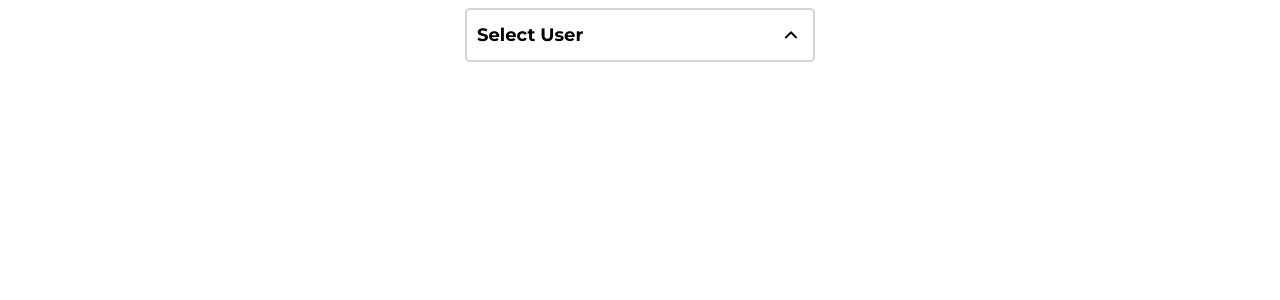
Repository: jodelajo/nuxt-filter-tutorial
Page: /
These files come from the project's save history. The page is drawn as it stood at one moment and after the next save; the edit follows.
The browser window is 1280 px wide. The pictures show the whole page.
The page's requests for data from a server got no answer. The project was rebuilt for these pictures with package versions that can differ from the ones it lists, and the page was loaded fresh each time. The framework's server and built-in components were replaced by stand-ins that run in the browser. No one was signed in, and anything a server would have sent is missing. Also part of the build but not shown: nuxt.config.js, components/NuxtLogo.vue, components/Tutorial.vue.

Above is the page before, as saved 2021-12-11 14:34:06.

### pages/index.vue
<template>
  <div class="container">
    <div class="dropdown-wrapper">
      <div @click="isVisible = !isVisible" class="selected-item">
        <span v-if="selectedItem">{{ selectedItem.name }}</span>
        <span v-else>Select User</span>
        <svg
          :class="isVisible ? 'dropdown' : ''"
          class="dropdown-icon"
          xmlns="http://www.w3.org/2000/svg"
          viewBox="0 0 24 24"
          width="24"
          height="24"
        >
          <path fill="none" d="M0 0h24v24H0z" />
          <path
            d="M12 10.828l-4.95 4.95-1.414-1.414L12 8l6.364 6.364-1.414 1.414z"
          />
        </svg>
      </div>
      <div v-show="isVisible" class="dropdown-popover">
        <input
          v-model="searchQuery"
          type="text"
          placeholder="Search for User"
        />
        <span v-if="filteredUser.length === 0">No data available</span>
        <div class="options">
          <ul class="list">
            <li
              @click="selectItem(user)"
              v-for="(user, index) in filteredUser"
              :key="`user-${index}`"
            >
              {{ user.name }}
            </li>
          </ul>
        </div>
      </div>
    </div>
  </div>
</template>

<script>
export default {
  data() {
    return {
      searchQuery: "",
      selectedItem: null,
      isVisible: false,
      userArray: [],
    };
  },
  computed: {
    filteredUser() {
      const query = this.searchQuery.toLowerCase();
      if (this.searchQuery === "") {
        return this.userArray;
      }
      return this.userArray.filter((user) => {
        return Object.values(user).some((word) =>
          String(word).toLowerCase().includes(query)
        );
      });
    },
  },
  methods: {
    selectItem(user) {
      this.selectedItem = user;
      this.isVisible = false;
    },
  },
  mounted() {
    fetch("https://jsonplaceholder.typicode.com/users")
      .then((res) => res.json())
      .then((json) => {
        console.log(json);
        this.userArray = json;
      });
  },
};
</script>

<style scoped>
@import url("https://fonts.googleapis.com/css2?family=Montserrat:wght@100;200;300;500;700;900&family=Readex+Pro:wght@300;500;700&display=swap");

body {
  width: 100vw;
  height: 100vh;
}
.container {
  display: flex;
  flex-direction: column;
  /* justify-content: center; */
  align-items: center;
  justify-content: center;
  font-family: "Montserrat", sans-serif;
  font-weight: 300;
  font-size: 16px;
}
.dropdown-wrapper {
  width: 350px;
  height: auto;
  /* max-width: 350px; */
  position: relative;
  display: flex;
  text-align: center;
  justify-content: center;
  margin: 0 auto;
}
.selected-item {
  height: 40px;
  width: 100%;
  border: 2px solid lightgray;
  border-radius: 5px;
  padding: 5px 10px;
  display: flex;
  justify-content: space-between;
  align-items: center;
  font-size: 18px;
  font-weight: 700;
}

.dropdown-icon {
  transform: rotate(0deg);
transition: all .5s ease;
}
.selected-item .dropdown-icon.dropdown {
transform: rotate(180deg);
transition: all .5s ease;
}

.dropdown-popover {
  position: absolute;
  border: 2px solid lightgray;
  top: 46px;
  left: 0;
  right: 0;
  background-color: white;
  max-width: 100%;
  padding: 10px;
}
input {
  width: 90%;
  height: 30px;
  border: 2px solid lightgray;
  font-size: 16px;
  padding-left: 8px;
}
.options {
  width: 100%;
  overflow-y: scroll;
  max-height: 200px;
}
.list {
  list-style: none;
  text-align: left;
  padding-left: 8px;
  max-height: 180px;
}
.options li {
  width: 100%;
  border-bottom: 1px solid lightgray;
  padding: 10px;
  background-color: #f1f1f1;
  cursor: pointer;
  font-size: 16px;
}
.options li:hover {
  background-color: #70878a;
  color: white;
  font-weight: bold;
}
</style>

After the next save:
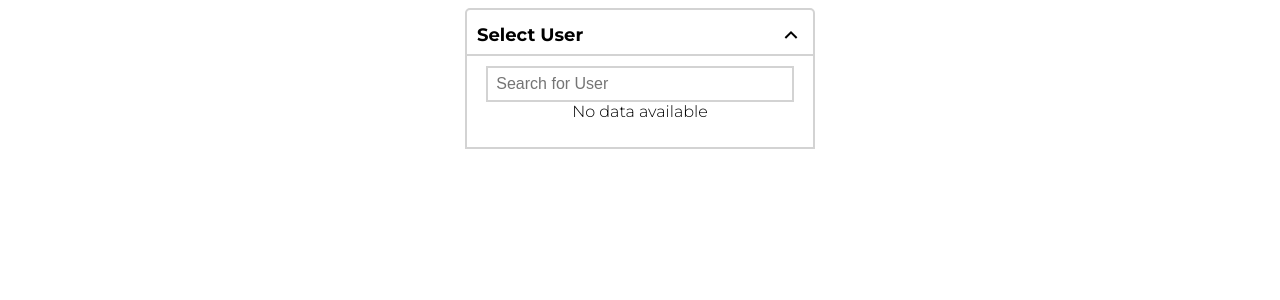
Saved 52 s later.
--- a/pages/index.vue
+++ b/pages/index.vue
@@ -18,7 +18,7 @@
           />
         </svg>
       </div>
-      <div v-show="isVisible" class="dropdown-popover">
+      <div :class="isVisible ? 'visible' : 'invisible'" class="dropdown-popover">
         <input
           v-model="searchQuery"
           type="text"

After the save that followed:
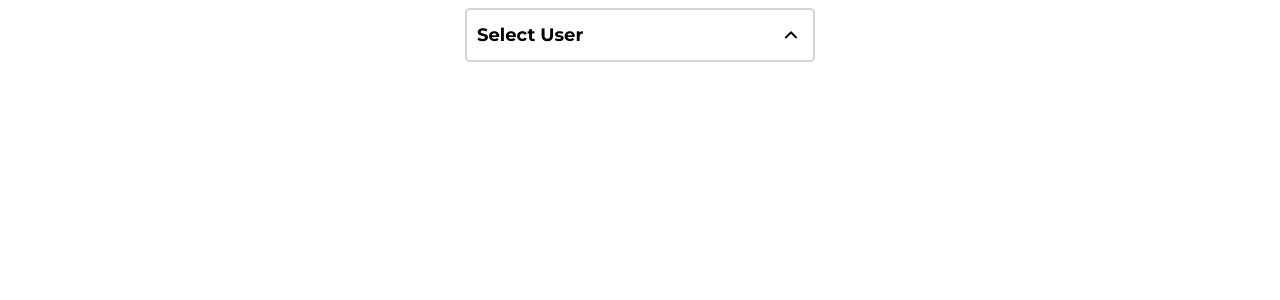
Saved 71 s later.
--- a/pages/index.vue
+++ b/pages/index.vue
@@ -139,6 +139,14 @@ transition: all .5s ease;
   background-color: white;
   max-width: 100%;
   padding: 10px;
+  visibility: hidden;
+  transition: all  .4s ease-in-out;
+  max-height: 0;
+}
+
+
+.dropdown-popover {
+
 }
 input {
   width: 90%;
